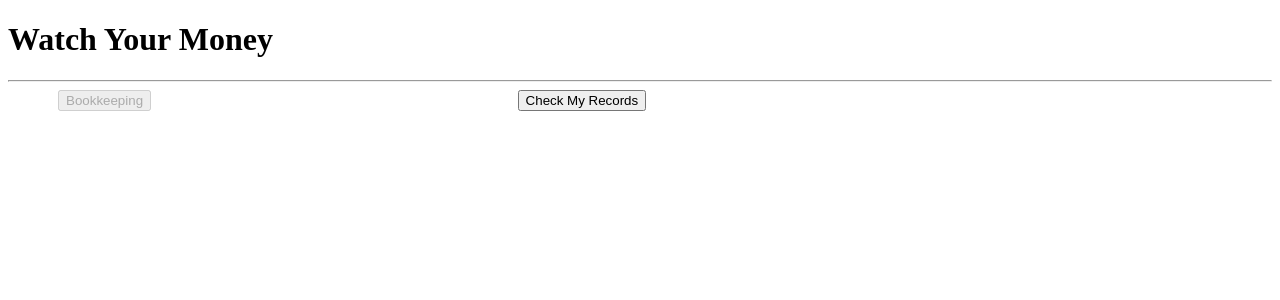
Repository: chelsea9869/Hackathon-TNT
Page: http://localhost/app/watch_your_money.php
The author's editor kept a copy of each file at every save. The page is drawn from the files as they stood at one save, then again after the next save.
The browser window is 1280 px wide. The pictures show the whole page.
The page is run by PHP 8.4 with error messages shown; the project is at /var/www/html/.

Above is the page before, as saved 2020-09-05 10:52:34.

After the next save:
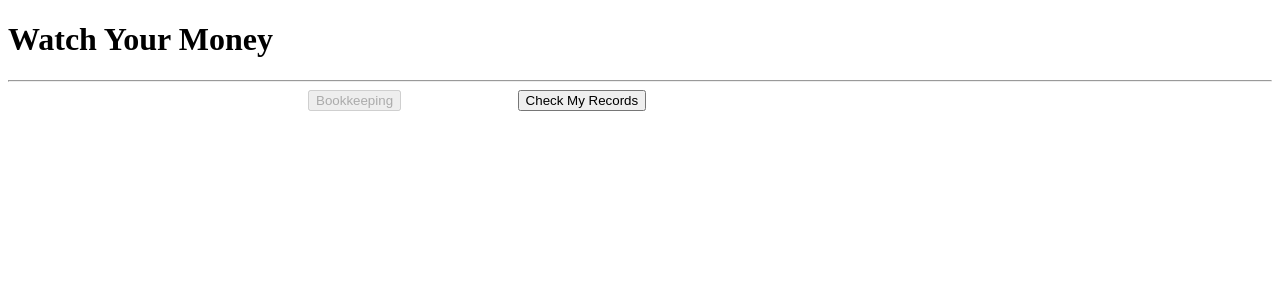
Saved 5 s later.
--- a/app/watch_your_money.php
+++ b/app/watch_your_money.php
@@ -9,7 +9,7 @@
     <h1>Watch Your Money</h1>
     <hr>
     <div name='function'>
-        <div id='bookkeeping' style="left:50px;width:40%;display: inline-table;position:relative">
+        <div id='bookkeeping' style="left:300px;width:40%;display: inline-table;position:relative">
             <button disabled="disabled">Bookkeeping</button>
         </div>
         <div id='check_records' style="width:40%;display: inline-table;position:relative">
